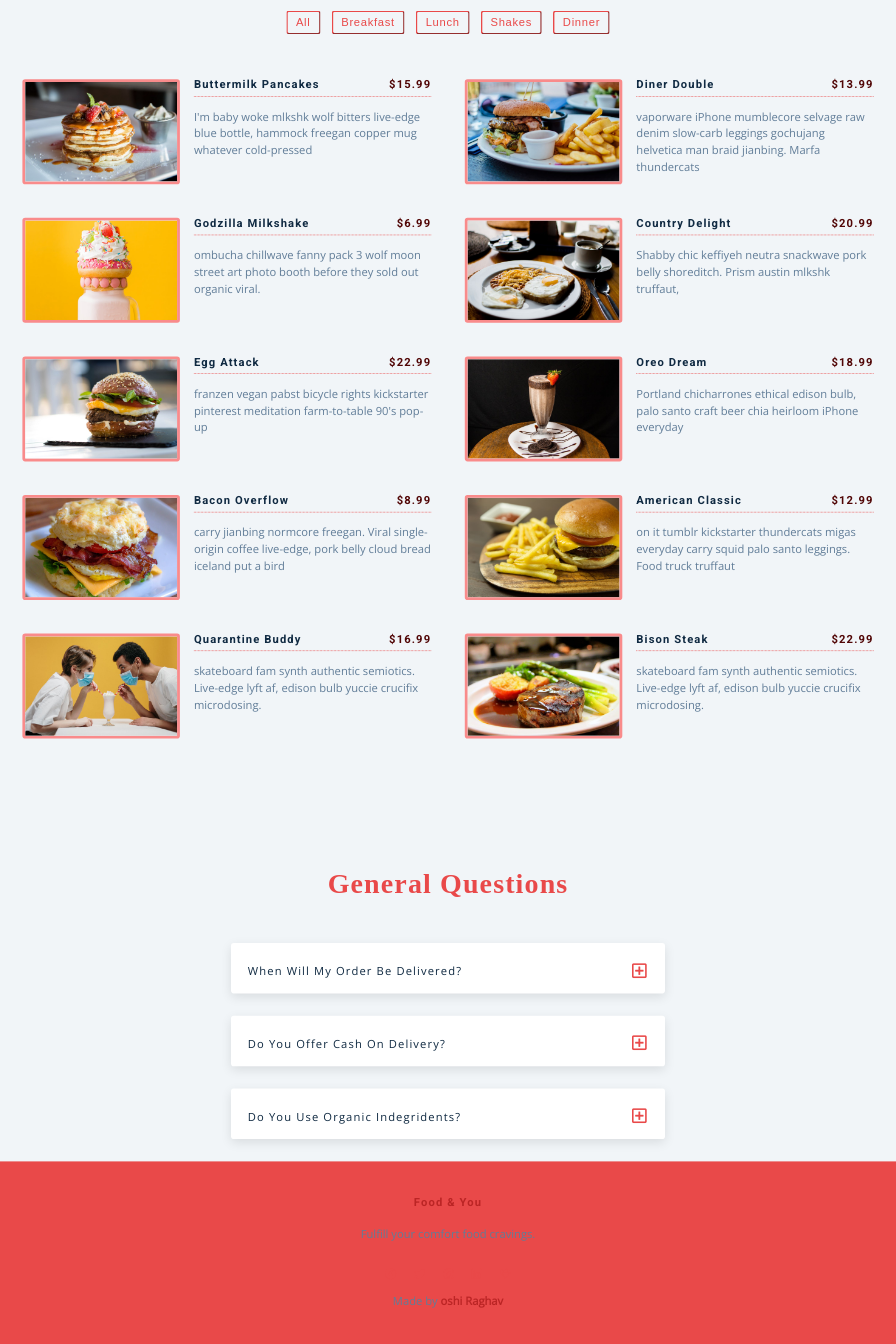
Repository: xoshiraghavx/Food-you
Page: index.html
These files come from the project's save history. The page is drawn as it stood at one moment and after the next save; the edit follows.
The browser window is 1280 px wide. The pictures show the part of the page from y = 1013 to 2933 px (the page is 2933 px tall), at 70% of full size.
Some web libraries are served in a nearby version.

Above is the page before, as saved 2022-12-03 08:54:18.

After the next save:
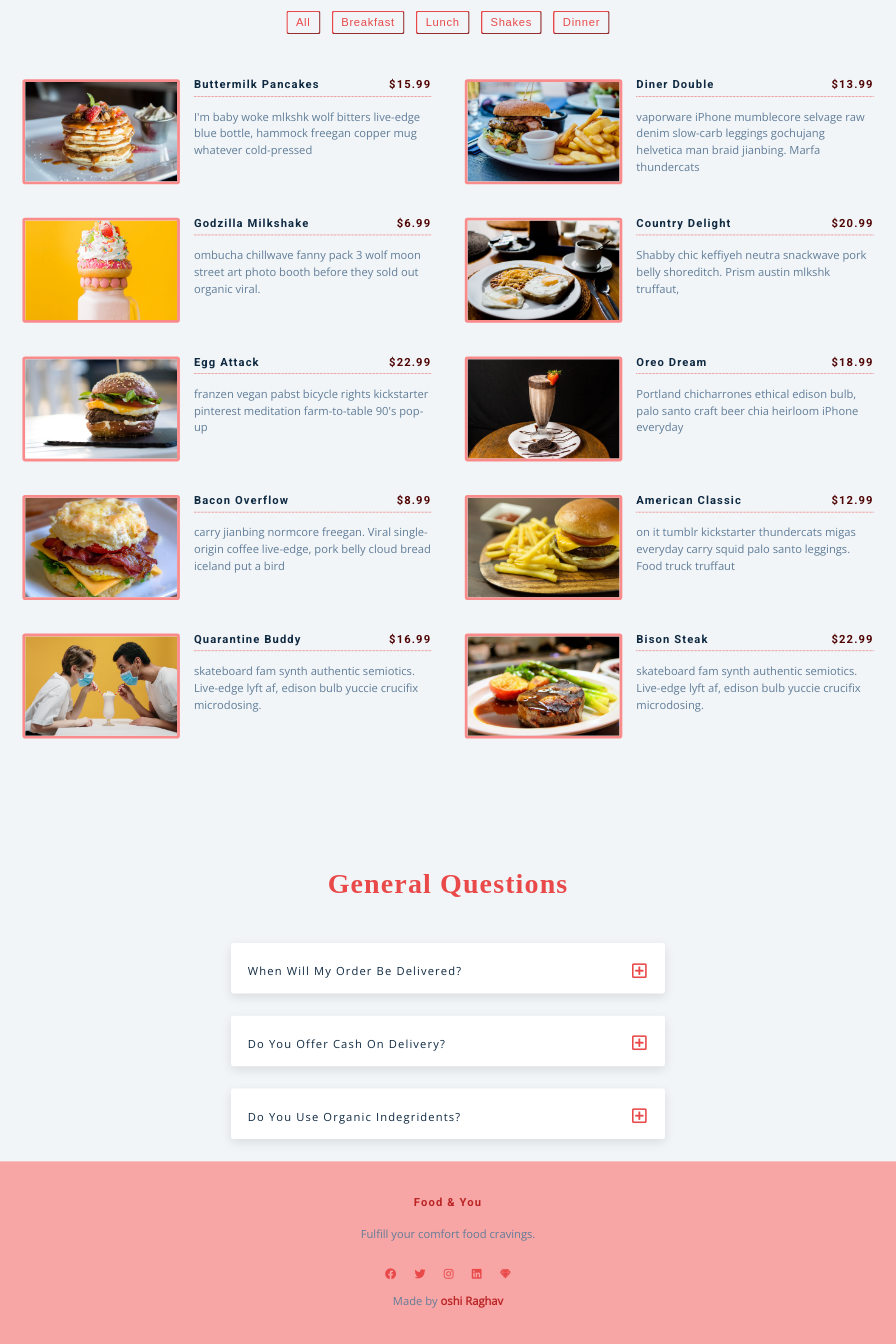
Saved 5 s later.
--- a/styles.css
+++ b/styles.css
@@ -519,7 +519,7 @@ Questions
   width: 100%;
   text-align: center;
   padding: 30px 0;
-  background: var(--clr-primary-5);
+  background: var(--clr-primary-8);
 }
 .footer h4{
   margin-bottom: 25px;
